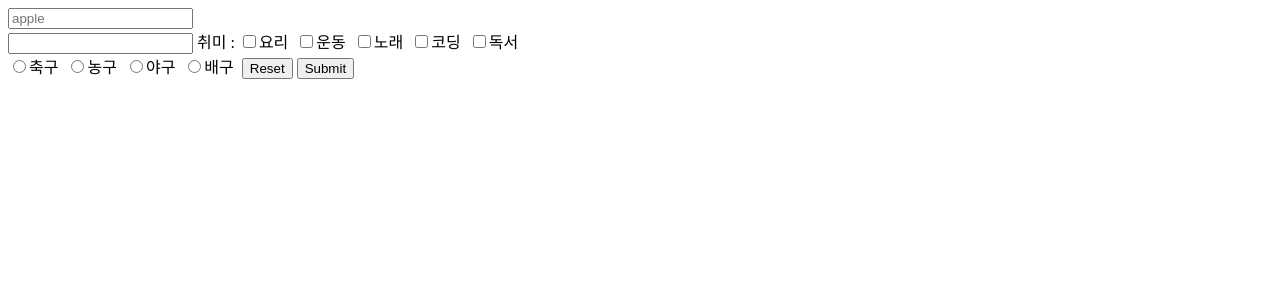
Repository: jungreul97/jsp_pracitce
Page: http://localhost/JSPBasic/JspObject/1.requests/req_param_send.jsp
These files come from the project's save history. The page is drawn as it stood at one moment and after the next save; the edit follows.
The browser window is 1280 px wide. The pictures show the whole page.
The page is served by Tomcat 9.

Above is the page before, as saved 2022-02-04 00:20:50.

### JSPBasic/src/main/webapp/JspObject/1.requests/req_param_send.jsp
<%@ page language="java" contentType="text/html; charset=UTF-8"
    pageEncoding="UTF-8"%>
<!DOCTYPE html>
<html>
<head>
<meta charset="UTF-8">
<title>Insert title here</title>
</head>
<body>
<%-- 아래에 form을 만들고 내부에 input 4개를 만들어 주세요.
input태그의 type 속성은 하나는 text, 하나는 password
name 속성은 하나는 apple, 하나는  banana로 해주세요.
reset 버튼과 submit 버튼도 각각 하나씩 만들어주세요. --%>

<%-- form의 action 부분이 바로 목적지를 적는 부분임.
웹개발에서는 받을 페이지 화면의 주소를 적어줍니다. --%>
	<form action = "req_param_getpost.jsp" method = "get">
		<input type = "text" name = "apple" placeholder = "apple"/><br/>
		<input type = "password" name = "banana" palceholder = "banana"/>

		취미 :
		<input type = "checkbox" name = "hobby" value="요리">요리&nbsp;
		<input type = "checkbox" name = "hobby" value="독서">운동&nbsp;
		<input type = "checkbox" name = "hobby" value="운동">노래&nbsp;
		<input type = "checkbox" name = "hobby" value="코딩">코딩&nbsp;
		<input type = "checkbox" name = "hobby" value="여행">독서&nbsp;<br/>

		<input type = "radio" name = "sports" value = "축구">축구&nbsp;
		<input type = "radio" name = "sports" value = "농구">농구&nbsp;
		<input type = "radio" name = "sports" value = "야구">야구&nbsp;
		<input type = "radio" name = "sports" value = "배구">배구&nbsp;

		<input type = "reset">
		<input type = "submit">
	</form>


</body>
</html>

After the next save:
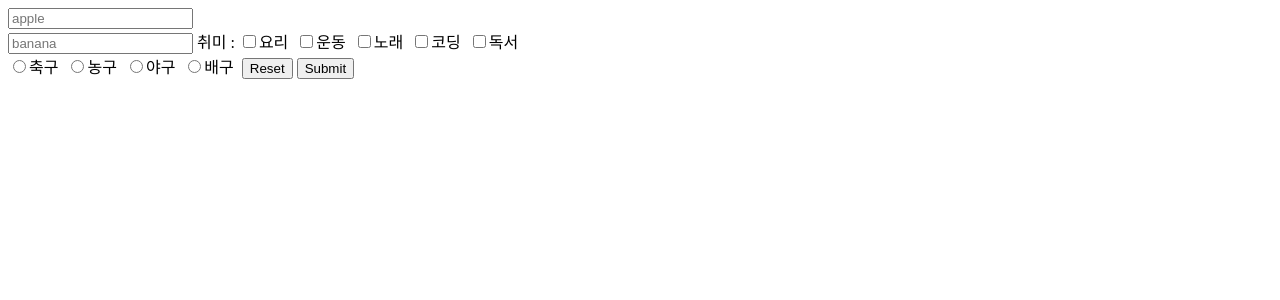
Saved 6 min 18 s later.
--- a/JSPBasic/src/main/webapp/JspObject/1.requests/req_param_send.jsp
+++ b/JSPBasic/src/main/webapp/JspObject/1.requests/req_param_send.jsp
@@ -16,7 +16,7 @@
 웹개발에서는 받을 페이지 화면의 주소를 적어줍니다. --%>
 	<form action = "req_param_getpost.jsp" method = "get">
 		<input type = "text" name = "apple" placeholder = "apple"/><br/>
-		<input type = "password" name = "banana" palceholder = "banana"/>
+		<input type = "password" name = "banana" placeholder = "banana"/>
 
 		취미 :
 		<input type = "checkbox" name = "hobby" value="요리">요리&nbsp;
